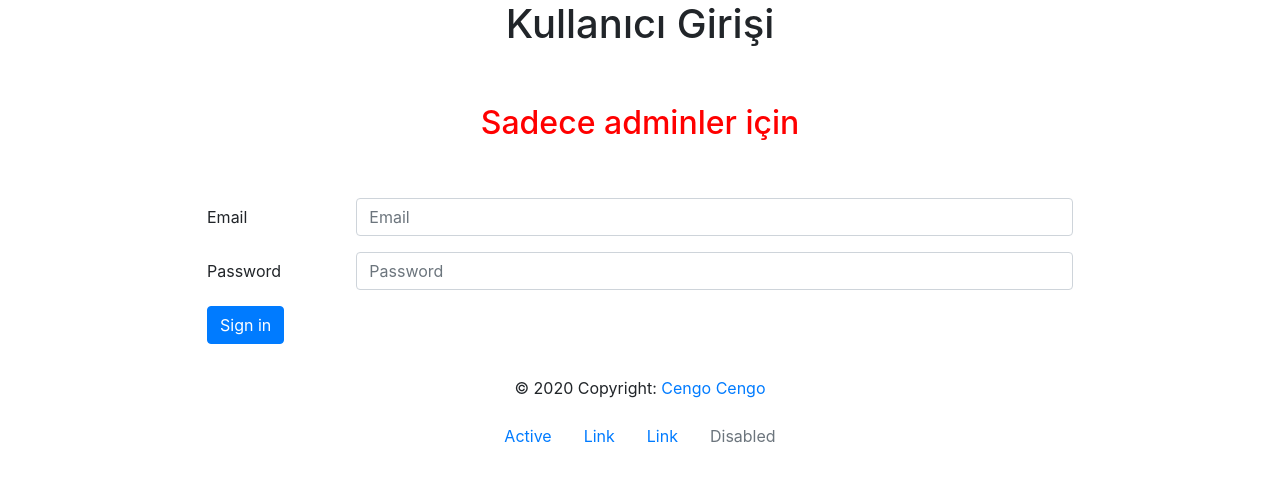
Repository: CengoCengo/NodeBlogCengo
Page: views/admin/signin.ejs
An editor plug-in stored every save of this project. The page is shown before and after the next save, followed by the edit.
The browser window is 1280 px wide. The pictures show the whole page.
The page is served by the project's Node server (server.js). The template is opened directly, without the code that normally fills it, so the values that code supplies are empty.

Above is the page before, as saved 2020-02-26 00:50:33.

After the next save:
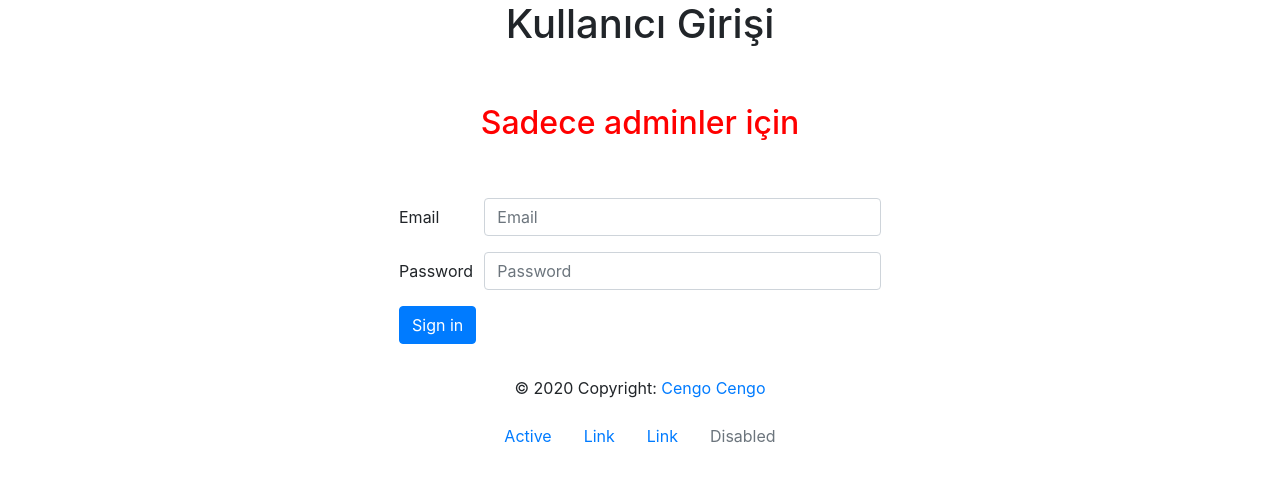
Saved 15 s later.
--- a/views/admin/signin.ejs
+++ b/views/admin/signin.ejs
@@ -1,6 +1,6 @@
 <%- include("../partials/signHead") -%>
 
-    <div class="container" style="width: 70%;">
+    <div class="container" style="width: 40%;">
 
         <h1 style="text-align: center;">Kullanıcı Girişi</h1>
         <br><br>
